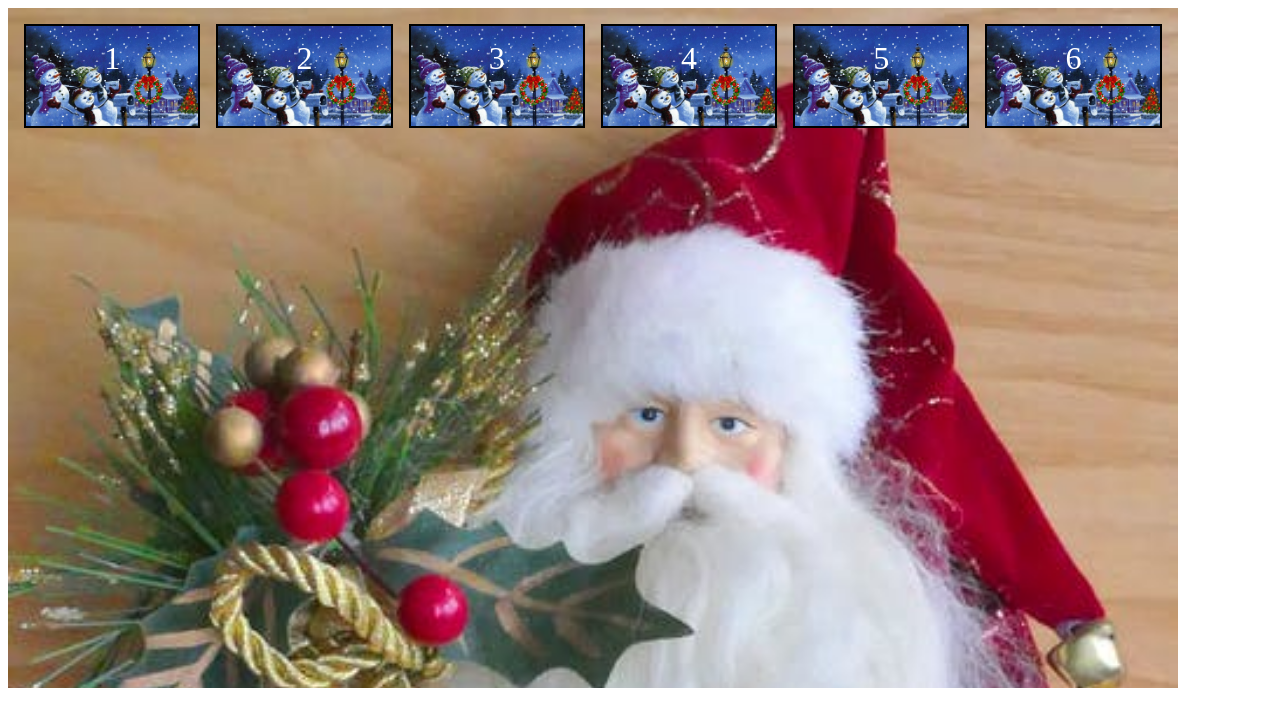
Repository: hindrik40/julprogram-js
Page: advent.html
These files come from the project's save history. The page is drawn as it stood at one moment and after the next save; the edit follows.
The browser window is 1280 px wide. The pictures show the whole page.

Above is the page before, as saved 2021-12-14 10:47:08.

After the next save:
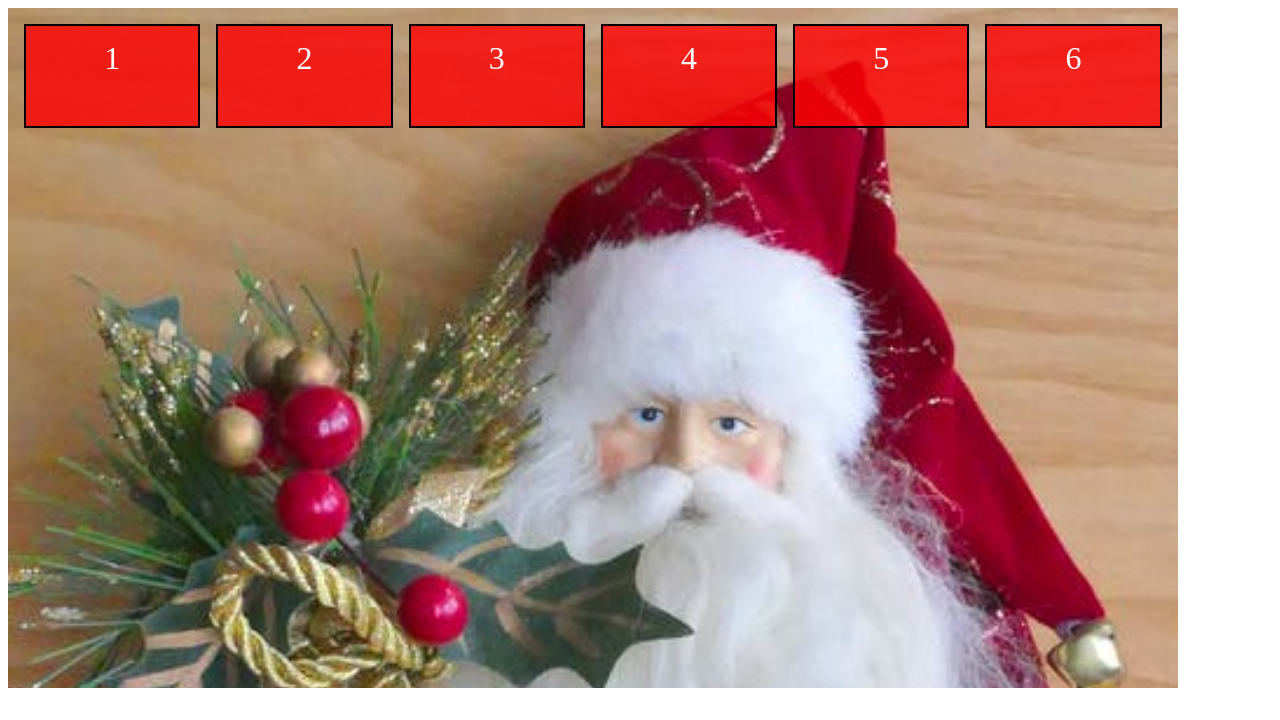
Saved 72 s later.
--- a/advent.css
+++ b/advent.css
@@ -20,7 +20,7 @@ main div{
     vertical-align: middle;
     line-height: 4rem;
     cursor: pointer;
-    background-image: url(images/jul.gif);
+    /* background-image: url(images/jul.gif); */
     background-size: 100%;
     color:white;
 
